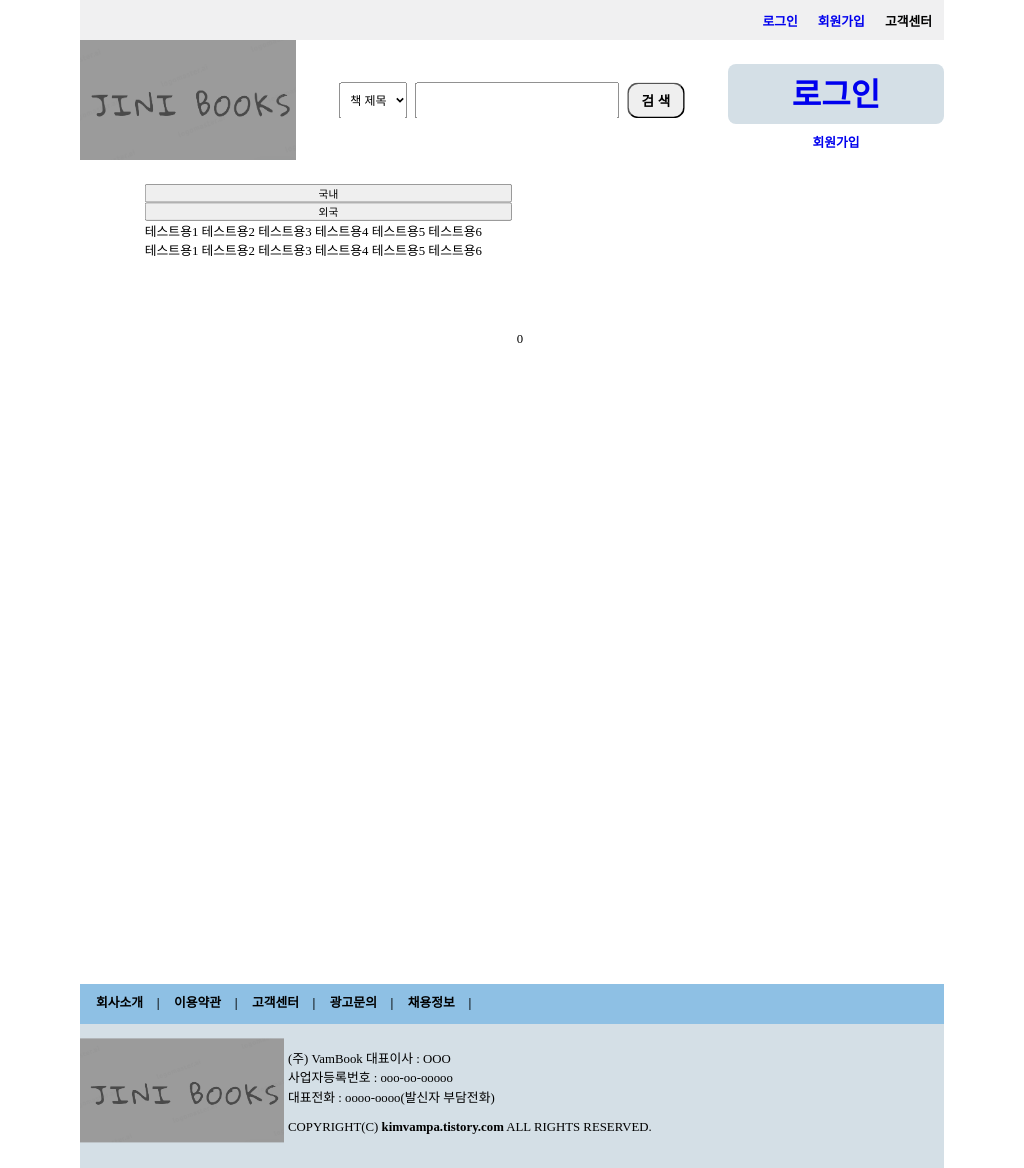
Repository: leechanjin7/ShoppingMall
Page: http://localhost/ShoppingMall/WEB-INF/views/search.jsp
The author's editor kept a copy of each file at every save. The page is drawn from the files as they stood at one save, then again after the next save.
The browser window is 1280 px wide. The pictures show the whole page, at 80% of full size.
The page is served by Tomcat 9. Nobody is signed in. The template is opened directly, without the code that normally fills it, so the values that code supplies are empty.

Above is the page before, as saved 2023-09-12 02:25:42.

After the next save:
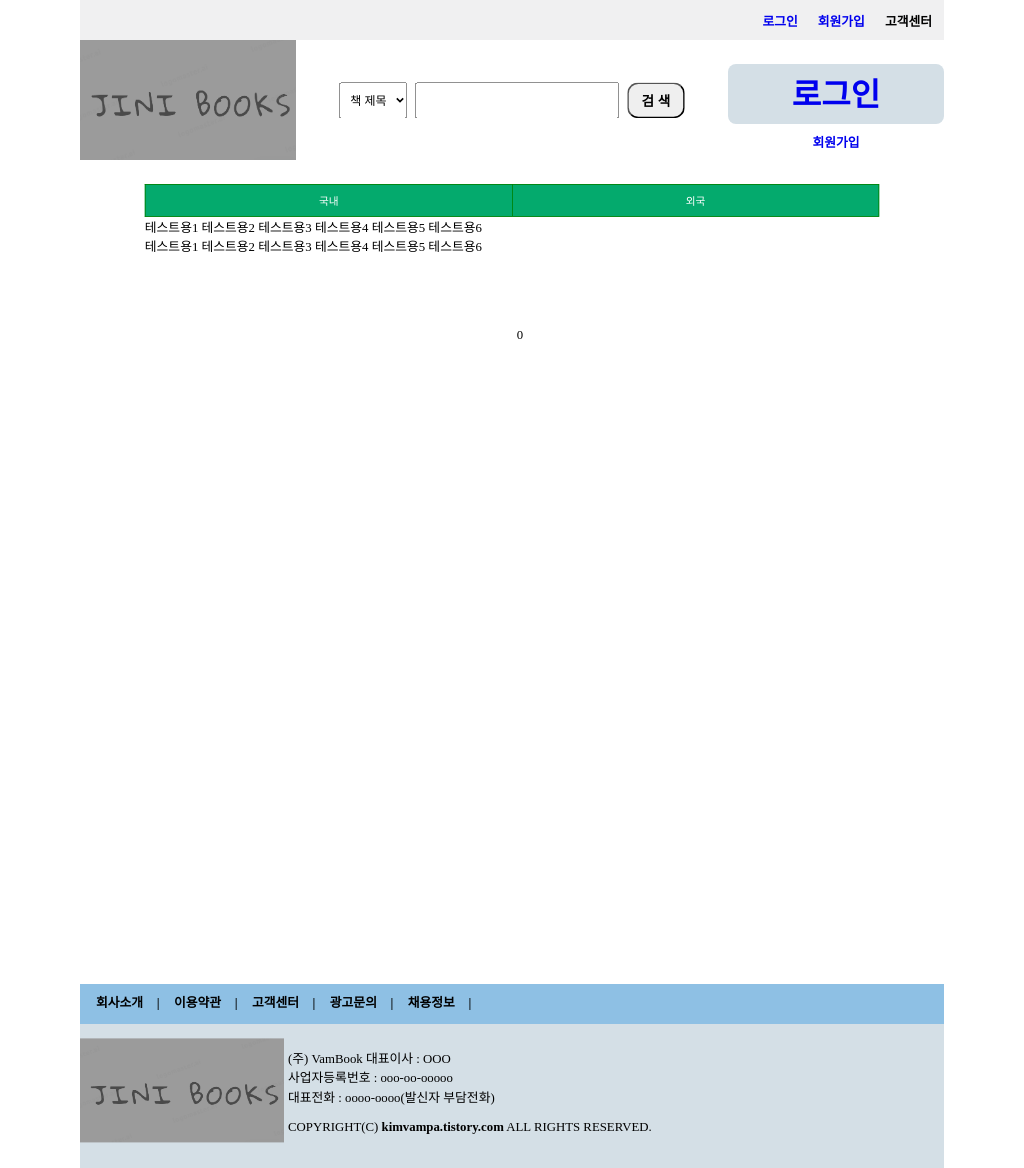
Saved 23 s later.
--- a/workspace/ShoppingMall/src/main/webapp/resources/css/search.css
+++ b/workspace/ShoppingMall/src/main/webapp/resources/css/search.css
@@ -311,7 +311,22 @@ a {
 .filter_button_wrap button {
     width: 50%;
 }
-
+.filter_button{
+	background-color: #04AA6D;
+	border: 1px solid green;
+	color: white;
+	padding: 10px 24px;
+	cursor: pointer;
+	float: left;
+}
+.filter_button_wrap:after {
+    content: "";
+    clear: both;
+    display: table;
+}
+.filter_button_wrap button:not(:last-child) {
+    border-right: none;
+}
 /* footer navai 영역 */
 .footer_nav {
 	width: 100%;
